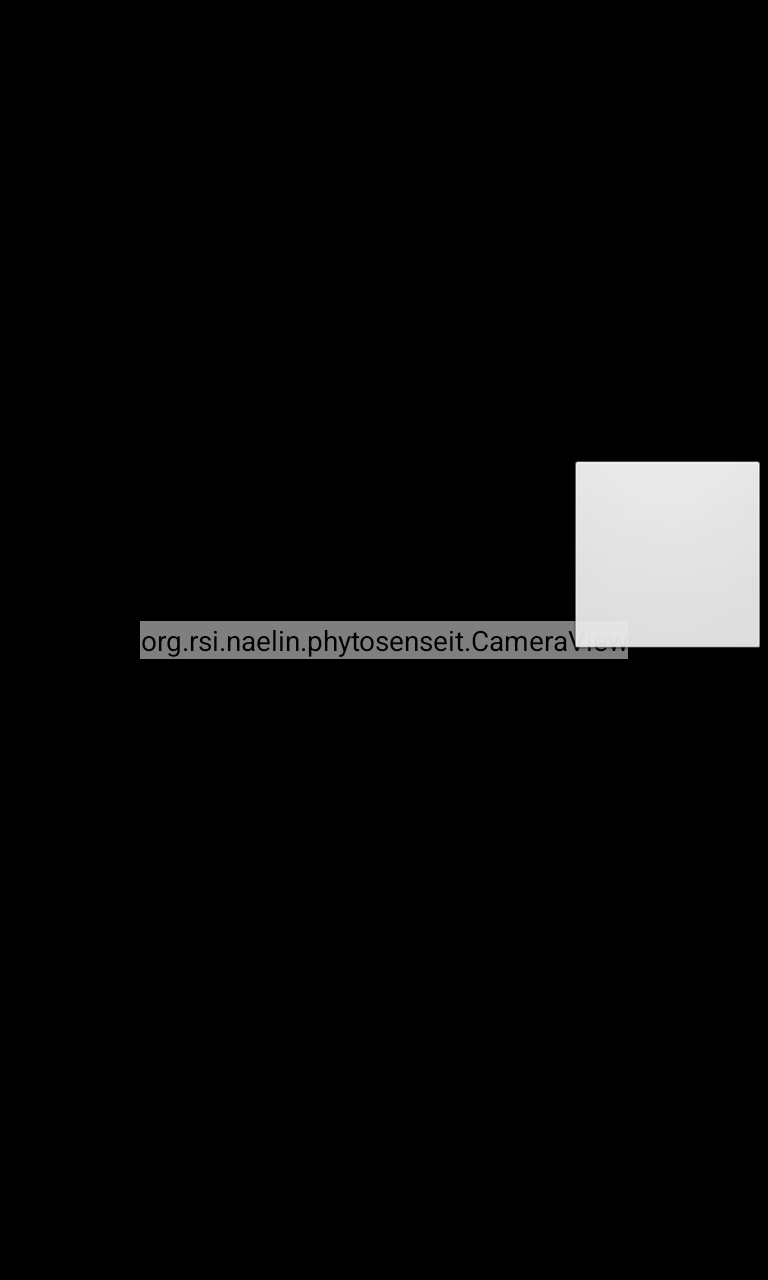
Repository: justnaelin/PhytoSenseIt-app
Layout: PhytoSenseIt/res/layout/activity_main.xml
The author's editor kept a copy of each file at every save. The layout is drawn from the files as they stood at one save, then again after the next save.
Pictures or frames that could not be fetched are drawn as grey boxes. It is drawn on a 768 x 1280 px phone screen (xhdpi) without system bars, with theme android:Theme.NoTitleBar.Fullscreen; the app's code is not run.

Above is the layout before, as saved 2015-07-29 18:13:40.

After the next save:
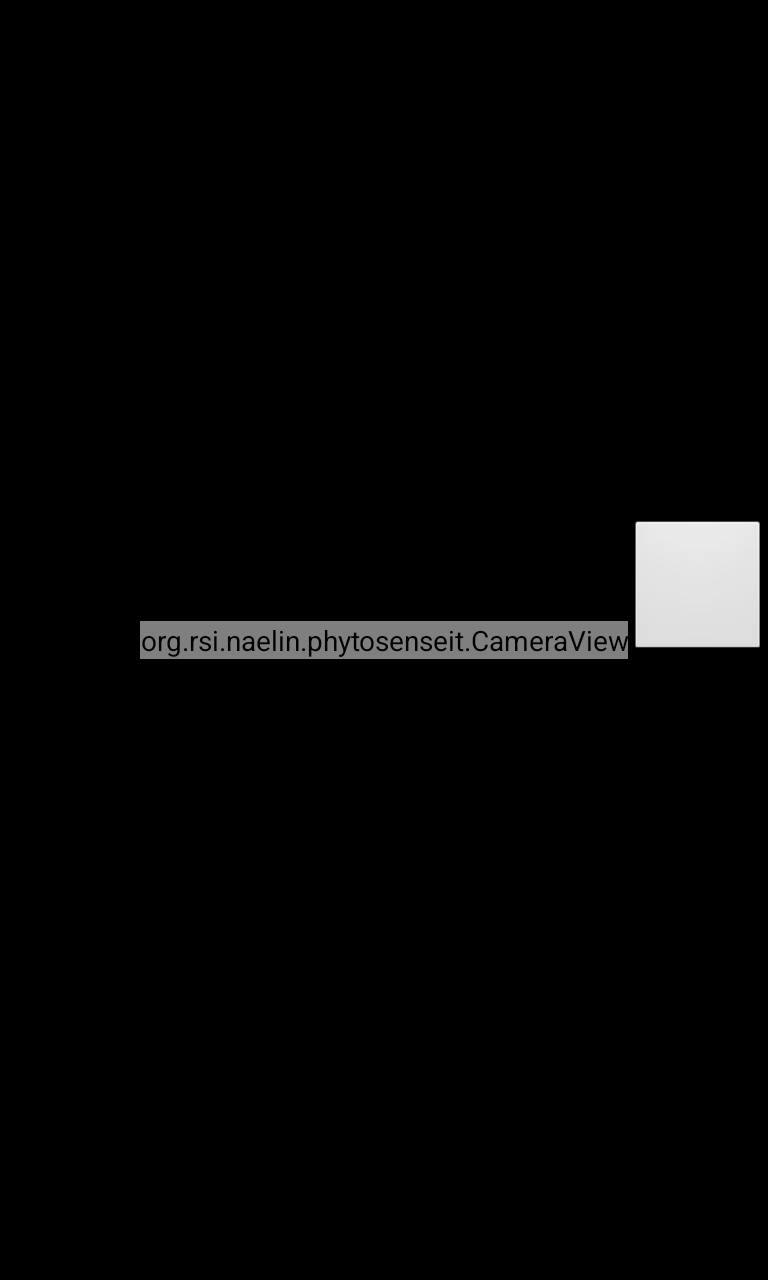
Saved 10 s later.
--- a/PhytoSenseIt/res/layout/activity_main.xml
+++ b/PhytoSenseIt/res/layout/activity_main.xml
@@ -24,8 +24,8 @@
 
     <Button
         android:id="@+id/take_photo_button"
-        android:layout_width="100dp"
-        android:layout_height="100dp"
+        android:layout_width="70dp"
+        android:layout_height="70dp"
         android:layout_alignBaseline="@+id/cameraView1"
         android:layout_alignBottom="@+id/cameraView1"
         android:layout_alignParentRight="true" />
